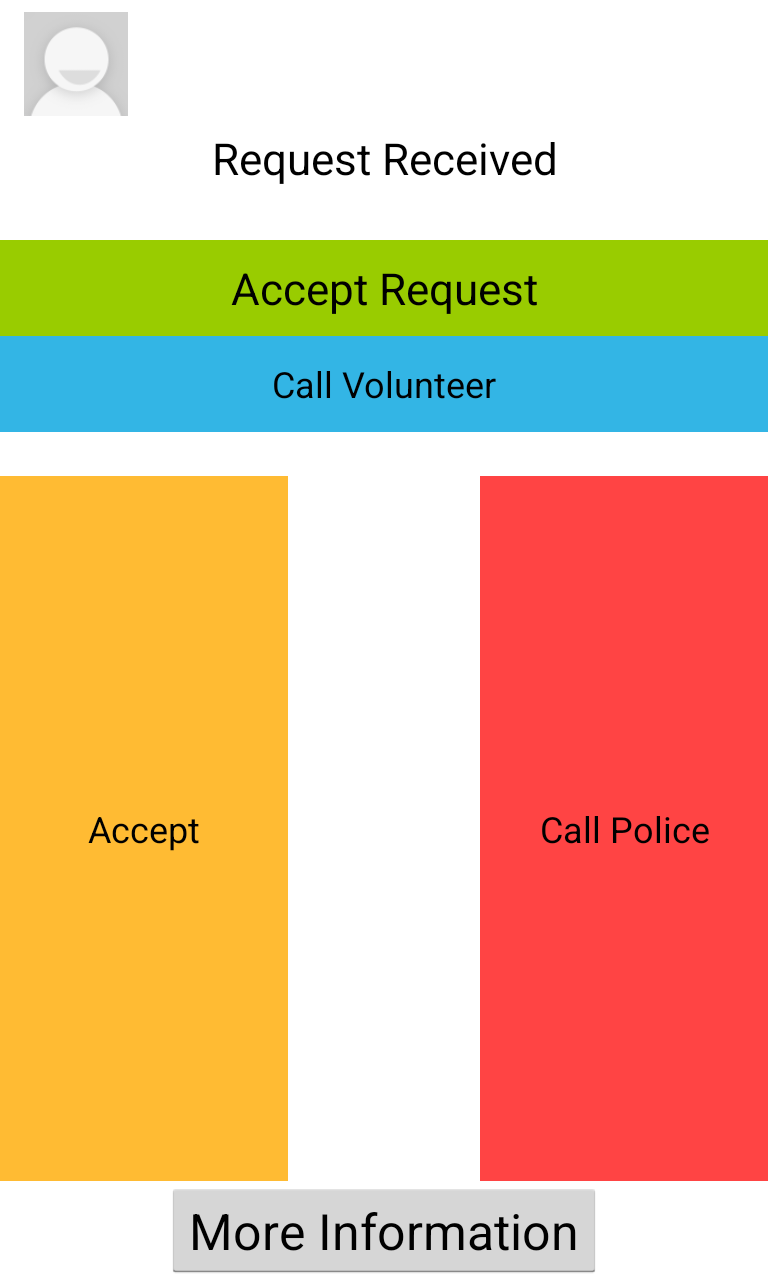
Repository: srivast6/SafeWalk
Layout: android/SafeWalk/res/layout/tryout.xml
An editor plug-in stored every save of this project. The layout is shown before and after the next save, followed by the edit.
It is drawn on a 768 x 1280 px phone screen (xhdpi) without system bars, with theme android:Theme.Holo.Light; the app's code is not run.

Above is the layout before, as saved 2013-11-20 18:34:11.

### android/SafeWalk/res/layout/tryout.xml
<?xml version="1.0" encoding="utf-8"?>
<RelativeLayout xmlns:android="http://schemas.android.com/apk/res/android"
    android:layout_width="match_parent"
    android:layout_height="match_parent" >

    <RelativeLayout
        android:id="@+id/rltveLayout1"
        android:layout_width="fill_parent"
        android:layout_height="?android:attr/listPreferredItemHeight"
        android:padding="6dip" >

        <ImageView
            android:id="@+id/icon"
            android:layout_width="wrap_content"
            android:layout_height="fill_parent"
            android:layout_alignParentLeft="true"
            android:src="@drawable/ic_contact_picture" />
    </RelativeLayout>

    <RelativeLayout
        android:id="@+id/rltveLayout2"
        android:layout_width="match_parent"
        android:layout_height="wrap_content"
        android:layout_alignParentLeft="true"
        android:layout_alignParentRight="true"
        android:layout_below="@id/rltveLayout1"
        android:orientation="vertical" >

        <TextView
            android:id="@+id/tV_RqstResvd"
            android:layout_width="match_parent"
            android:layout_height="wrap_content"
            android:layout_alignParentTop="true"
            android:gravity="center"
            android:text="Request Received"
            android:textAppearance="?android:attr/textAppearanceLarge" />

        <Button
            android:id="@+id/AcceptButton"
            android:layout_width="match_parent"
            android:layout_height="wrap_content"
            android:layout_alignTop="@id/tV_RqstResvd"
            android:layout_below="@id/tV_RqstResvd"
            android:layout_marginTop="56dp"
            android:background="@android:color/holo_green_light"
            android:gravity="center"
            android:text="Accept Request"
            android:textSize="22dp" />
    </RelativeLayout>

    <RelativeLayout
        android:id="@+id/rltveLayout3"
        style="?android:attr/buttonBarStyle"
        android:layout_width="wrap_content"
        android:layout_height="wrap_content"
        android:layout_alignParentBottom="true"
        android:layout_alignTop="@+id/linearLayout3"
        android:layout_below="@id/rltveLayout2"
        android:orientation="horizontal" >

        <Button
            android:id="@+id/callButton"
            android:layout_width="120dp"
            android:layout_height="wrap_content"
            android:layout_alignParentLeft="true"
            android:layout_alignParentRight="true"
            android:layout_marginBottom="22dp"
            android:layout_weight="0"
            android:background="@android:color/holo_blue_light"
            android:orientation="horizontal"
            android:text="Call Volunteer" />

        <Button
            android:id="@+id/btn_callSafewalk"
            style="?android:attr/buttonBarButtonStyle"
            android:layout_width="144dp"
            android:layout_height="fill_parent"
            android:layout_above="@+id/morInfo"
            android:layout_below="@id/callButton"
            android:background="@android:color/holo_orange_light"
            android:text="Accept" />

        <Button
            android:id="@+id/btn_callPolice"
            style="?android:attr/buttonBarButtonStyle"
            android:layout_width="144dp"
            android:layout_height="fill_parent"
            android:layout_alignBottom="@+id/btn_callSafewalk"
            android:layout_alignParentRight="true"
            android:layout_below="@id/callButton"
            android:background="@android:color/holo_red_light"
            android:text="Call Police" />

        <RelativeLayout
            android:id="@+id/rltveLayout4"
            android:layout_width="wrap_content"
            android:layout_height="wrap_content"
            android:layout_alignParentBottom="true"
            android:layout_centerHorizontal="true"
            android:layout_marginBottom="23dp" >
        </RelativeLayout>

        <Button
            android:id="@+id/morInfo"
            android:layout_width="wrap_content"
            android:layout_height="wrap_content"
            android:layout_alignParentBottom="true"
            android:layout_centerHorizontal="true"
            android:layout_weight="0.39"
            android:gravity="center_vertical"
            android:text="More Information"
            android:textSize="25sp" />
    </RelativeLayout>

</RelativeLayout>

After the next save:
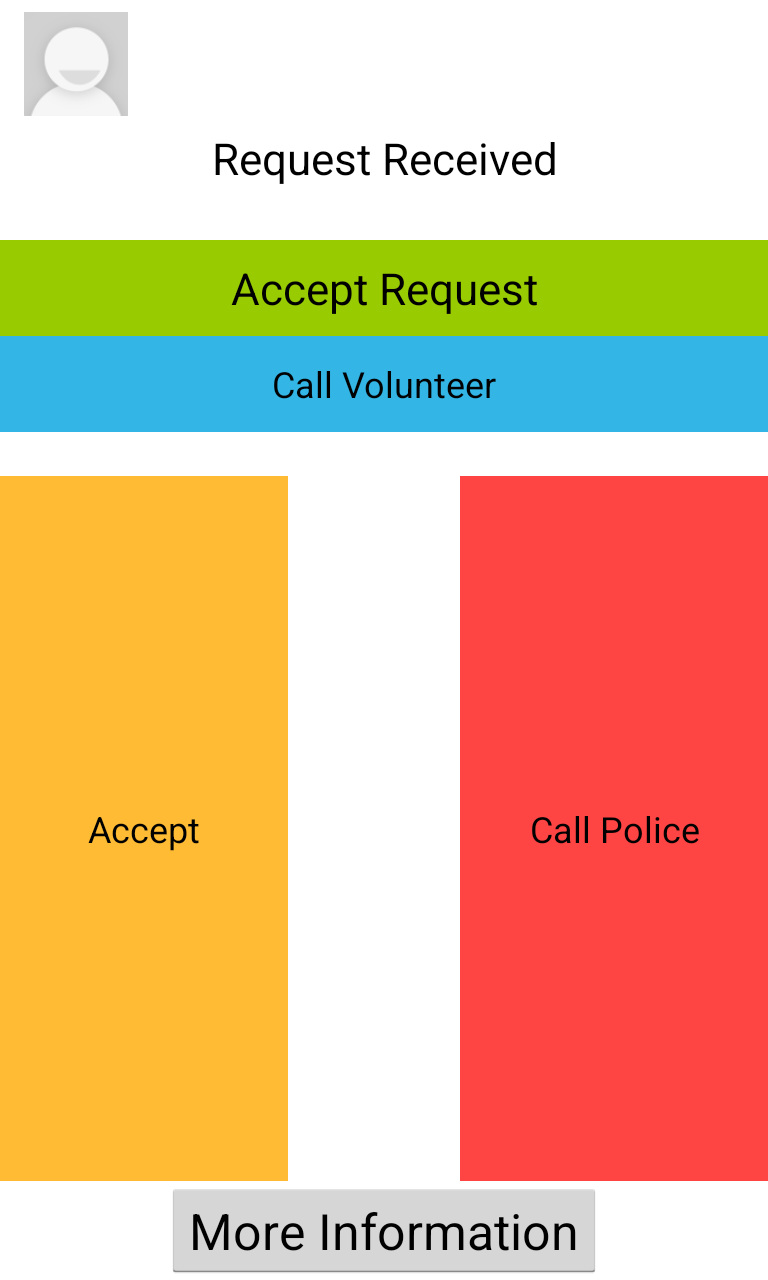
Saved 8 s later.
--- a/android/SafeWalk/res/layout/tryout.xml
+++ b/android/SafeWalk/res/layout/tryout.xml
@@ -83,7 +83,7 @@
         <Button
             android:id="@+id/btn_callPolice"
             style="?android:attr/buttonBarButtonStyle"
-            android:layout_width="144dp"
+            android:layout_width="154dp"
             android:layout_height="fill_parent"
             android:layout_alignBottom="@+id/btn_callSafewalk"
             android:layout_alignParentRight="true"
